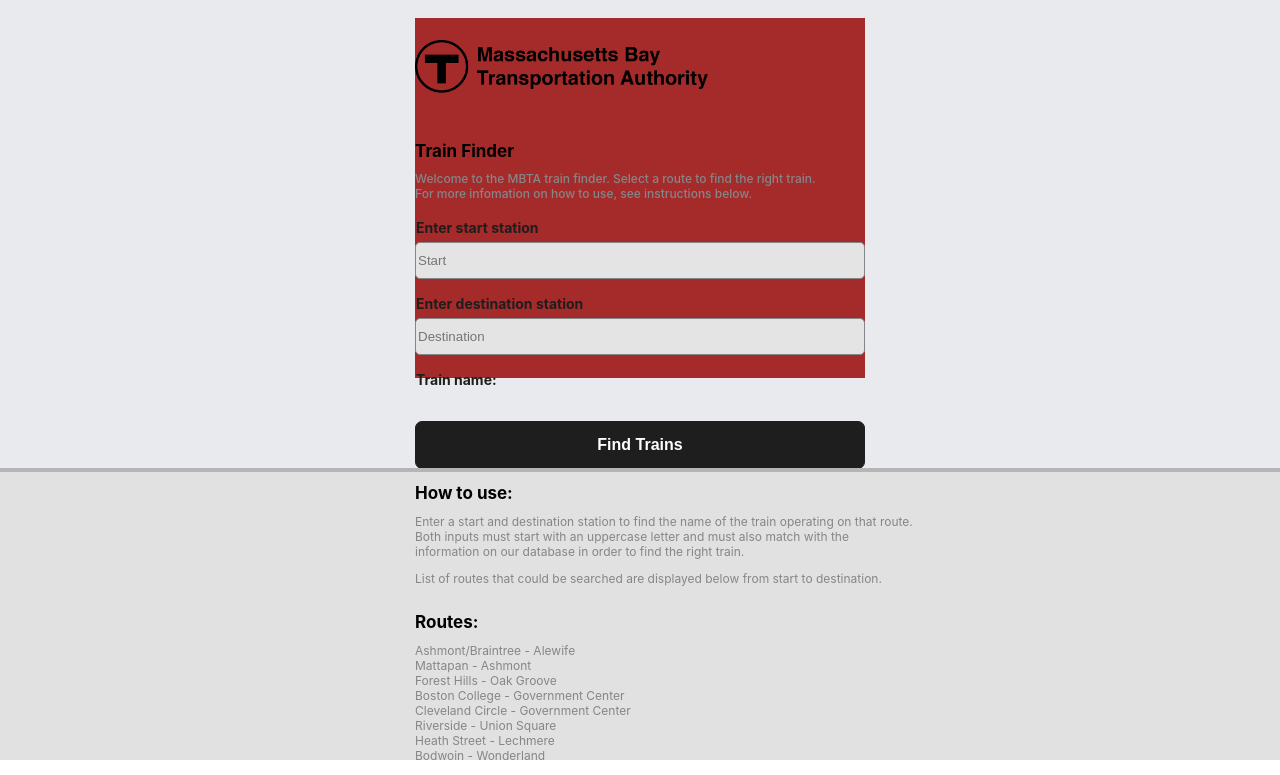
Repository: jumadesigns/mbta-train-finder
Page: / (app in mbta-app/)
The author's editor kept a copy of each file at every save. The page is drawn from the files as they stood at one save, then again after the next save.
The browser window is 1280 px wide. The pictures show the whole page.
The page's requests for data from a server got no answer. The project was rebuilt for these pictures with package versions that can differ from the ones it lists, and the page was loaded fresh each time. No one was signed in, and anything a server would have sent is missing.

Above is the page before, as saved 2022-09-27 00:04:29.

### mbta-app/src/index.css
body {
  margin: 0;
  font-family: -apple-system, BlinkMacSystemFont, "Segoe UI", "Roboto", "Oxygen",
    "Ubuntu", "Cantarell", "Fira Sans", "Droid Sans", "Helvetica Neue",
    sans-serif;
  -webkit-font-smoothing: antialiased;
  -moz-osx-font-smoothing: grayscale;
  height: 100vh;
}

.App {
  text-align: center;
}

.App-logo {
  margin-top: 3vh;
  max-width: 65%;
  max-height: 65%;
  margin-right: 25vh;
}

.header-title {
  text-align: left;
  margin-top: 6vh;
  font-size: 17px;
}

.header-subtitle {
  color: #858689;
  font-size: 12px;
  font-weight: 500;
  text-align: left;
  margin-top: -1vh;
}

.input-div {
  display: flex;
  flex-direction: column;
  justify-content: center;
  align-items: center;
  background-color: #e9eaed;
  height: 65vh;
}

.input-container {
  margin-top: 2vh;
  height: 50vh;
  width: 450px;
  margin-bottom: 12vh;
  background-color: brown;
}

.mbta-input-container {
  display: flex;
  flex-direction: column;
  justify-content: space-between;
  align-items: left;
}

.label-title {
  font-size: 14px;
  color: #1e1e1e;
  text-align: left;
  padding: 1px;
  margin: 5px;
  margin-bottom: 10px;
  margin-left: 0px;
}

.find-train-button {
  height: 48px;
  background-color: #1e1e1e;
  color: white;
  border: 1.5px solid #1e1e1e;
  border-radius: 7px;
}

.button-text {
  text-align: center;
  font-size: 16px;
  margin-top: 13px;
}

.input-bar {
  background: #e4e4e4;
  border: 1.5px solid #858689;
  border-radius: 5px;
  height: 33px;
  margin-bottom: 10px;
  margin-top: -5px;
}

.train-title {
  margin-bottom: 0vh;
}

#train-name {
  font-weight: 700;
  font-size: 20px;
  color: #1e1e1e;
  margin-bottom: 0px;
}

#train-name-not-found {
  font-size: 15px;
  font-weight: 700;
  margin-top: 0vh;
  color: red;
}

#error-message {
  margin-top: 1vh;
  color: red;
  font-size: 15px;
  font-weight: 700;
}

.bottom-container {
  position: absolute;
  bottom: 40;
  width: 100%;
  background-color: #e1e1e1;
  border-top: 4px #b5b5b5 solid;
  height: 40vh;
  display: flex;
  flex-direction: column;
  justify-content: center;
  align-items: center;
}

.bottom-center-div {
  height: 400px;
  width: 450px;
  margin-top: -10px;
  top: 40%;
  position: static;
  /*background-color: blue;*/
}

.bottom-section-title-1 {
  position: absolute;
  font-weight: 700;
  font-size: 17px;
  margin-top: 5vh;
  margin-right: 25vw;
}

.bottom-section-title-2 {
  position: absolute;
  font-weight: 700;
  font-size: 17px;
  margin-top: 2vh;
  margin-right: 25vw;
}

.bottom-section-paragraph-1 {
  font-size: 12px;
  text-align: left;
  color: #858689;
  margin-top: 9.3vh;
  width: 500px;
}

.bottom-section-paragraph-2 {
  font-size: 12px;
  text-align: left;
  color: #858689;
  margin-top: 8vh;
  width: 500px;
}

### mbta-app/src/App.js
import logo from "./logo.png";
import "./index.css";
import Input from "./Input";

/*

  My name is Victor Nite. Thank you for allowing me the opportunity to build this app.
  Although i was required to just complete the steps on the instruction, I went ahead to implement
  some additional functionalities to enhance the the user experience of the app. Here is what i added.

  1. ** Validation Checks **
  Since the name of the stops returned from the API are case sensitive and a user might not know that, I
  implemented validation check to inform the user that the first letter of each word must be case sensitive.
  I also implemented another validation to the check if the stations are not entered correctly.

  2. ** List the stations **
  I also thought a first time user might not know what to search for or how to combine
  the right stations to find a train. So i displayed a list of the stations to aide first time users.

  3. ** Interactive UI **
  I implemented an interactive UI with the official MBTA logo and their style guidelines. I also displayed
  instructions on how to use the app on the UI


  ** ISSUES I HAD **
  I was able to attempt all the steps however, i couldn't make progess with Step 2 simply because all the objects
  with the MBTA trains all returned 2 stops so there was nothing to compare them with.


  I added some comment alongside some of the code for better understanding on my thought process.

*/

function App() {
  return (
    <div className="App">
      <div className="input-div">
        <div className="input-container">
          <header className="App-header">
            <img src={logo} className="App-logo" alt="logo" />
            <h3 className="header-title">Train Finder</h3>
            <p className="header-subtitle">
              Welcome to the MBTA train finder. Select a route to find the right train. <br></br>
              For more infomation on how to use, see instructions below.
            </p>
          </header>

          <Input />
        </div>
      </div>
      <div className="bottom-container">
        <div className="bottom-center-div">
          <h3 className="bottom-section-title-1">How to use:</h3>

          <p className="bottom-section-paragraph-1">
            Enter a start and destination station to find the name of the train
            operating on that route. Both inputs must start with an uppercase
            letter and must also match with the information on our database in
            order to find the right train.
            <p>
              List of routes that could be searched are displayed below from
              start to destination.
            </p>
          </p>

          <h3 className="bottom-section-title-2">Routes:</h3>

          <p className="bottom-section-paragraph-2">
            Ashmont/Braintree - Alewife <br></br>
            Mattapan - Ashmont <br></br>
            Forest Hills - Oak Groove <br></br>
            Boston College - Government Center <br></br>
            Cleveland Circle - Government Center <br></br>
            Riverside - Union Square <br></br>
            Heath Street - Lechmere <br></br>
            Bodwoin - Wonderland <br></br>
          </p>
        </div>
      </div>
    </div>
  );
}

export default App;

### mbta-app/src/Input.js
import "./index.css";
import Axios from "axios";
import React from "react";
import { useEffect, useState } from "react";

/*

  My name is Victor Nite. Thank you for allowing me the opportunity to build this app.
  Although i was required to just complete the steps on the instruction, I went ahead to implement
  some additional functionalities to enhance the the user experience of the app. Here is what i added.

  1. ** Validation Checks **
  Since the name of the stops returned from the API are case sensitive and a user might not know that, I
  implemented validation check to inform the user that the first letter of each word must be case sensitive.
  I also implemented another validation to the check if the stations are not entered correctly.

  2. ** List the stations **
  I also thought a first time user might not know what to search for or how to combine
  the right stations to find a train. So i displayed a list of the stations to aide first time users.

  3. ** Interactive UI **
  I implemented an interactive UI with the official MBTA logo and their style guidelines. I also displayed
  instructions on how to use the app on the UI


  ** ISSUES I HAD **
  I was able to attempt all the steps however, i couldn't make progess with Step 2 simply because all the objects
  with the MBTA trains all returned 2 stops so there was nothing to compare them with.


  I added some comment alongside some of the code for better understanding on my thought process.

*/

function Input() {
  const [responseData, setResponseData] = useState([]);
  const [start, setStart] = useState("");
  const [destination, setDestination] = useState("");
  const [foundTrains, setFoundTrains] = useState("");
  const [errorText, setErrorText] = useState("");
  const [notFound, setNotFound] = useState("");

  //Makes the API call for Step 1 whenever the page loads.
  useEffect(() => {
    getData();
  }, []);

  //Checks on when there is no input.
  useEffect(() => {
    if (start === "" && destination === "") {
      setNotFound("");
      setErrorText("");
      setFoundTrains("");
    }
  }, [start, destination]);

  //Checks for inputs with the wrong answer.
  useEffect(() => {
    if (notFound !== "") {
      setFoundTrains("");
    }
  }, [notFound]);

  //Checks for when wrong answer is deleted.
  useEffect(() => {
    if (start && destination) {
      setNotFound("");
      console.log(start, destination);
    }
  }, [start, destination]);

  const handleStartChange = (event) => {
    const word = event.target.value;

    //Checks for validation to make sure first letter is uppercase. (New Feature)
    if (word.charAt(0) === word.charAt(0).toLowerCase()) {
      setErrorText(
        "*First letter must be Uppercase! Please delete and type again"
      );
    } else if (word.charAt(0) === word.charAt(0).toUpperCase()) {
      setErrorText("");
    }
    setStart(word);
  };

  const handleDestinationChange = (event) => {
    const word = event.target.value;

    //Checks for validation to make sure first letter is uppercase. (New Feature)
    if (word.charAt(0) === word.charAt(0).toLowerCase()) {
      setErrorText(
        "*First letter must be Uppercase! Please delete and type again"
      );
    } else if (word.charAt(0) === word.charAt(0).toUpperCase()) {
      setErrorText("");
    }
    setDestination(word);
  };

  const FindTrains = () => {
    const findTrains = responseData.filter((train) => {
      return (
        train.attributes.direction_destinations.includes(start) &&
        train.attributes.direction_destinations.includes(destination)
      );
    });

    //Checks for when the search returns no data, updates the state to display a message.
    if (findTrains.length > 0) {
      const found = findTrains
        .map((train) => train.attributes.long_name)
        .join("line, ");
      setFoundTrains(found);
    } else {
      setNotFound(
        "*No train was found! Please clear all inputs and search again."
      );
    }
  };

  const getData = () => {
    /*
        Fetch the API. Using the second API link because it returns a more
        filtered list unlike the first one.
    */
    Axios.get("https://api-v3.mbta.com/routes?filter[type]=0,1").then(
      (response) => {
        //Put response in a variable
        const res = response.data;
        //console.log(res.data);

        //Map through the res variable to log to the name of trains to the console as required for Step 1.
        res.data.map((val) => console.log(val.attributes.long_name));

        //Set response to the state
        setResponseData(res.data);
      }
    );
  };

  return (
    <div className="">
      <div className="mbta-input-container">
        <h4 className="label-title">Enter start station</h4>
        <input
          className="input-bar"
          type="text"
          value={start}
          placeholder="Start"
          onChange={(e) => handleStartChange(e)}
        />
        <h4 className="label-title">Enter destination station</h4>
        <input
          className="input-bar"
          type="text"
          value={destination}
          placeholder="Destination"
          onChange={(e) => handleDestinationChange(e)}
        />
        <h4 className="label-title train-title">Train name:</h4>
        <h2 id="train-name">{foundTrains}</h2>
        <p id="train-name-not-found">{notFound}</p>

        <button onClick={FindTrains} className="find-train-button">
          <h3 className="button-text">Find Trains</h3>
        </button>

        <span id="error-message">{errorText}</span>
      </div>
    </div>
  );
}

export default Input;

Loaded but not shown: mbta-app/public/index.html (common file); mbta-app/src/index.js (common file)

After the next save:
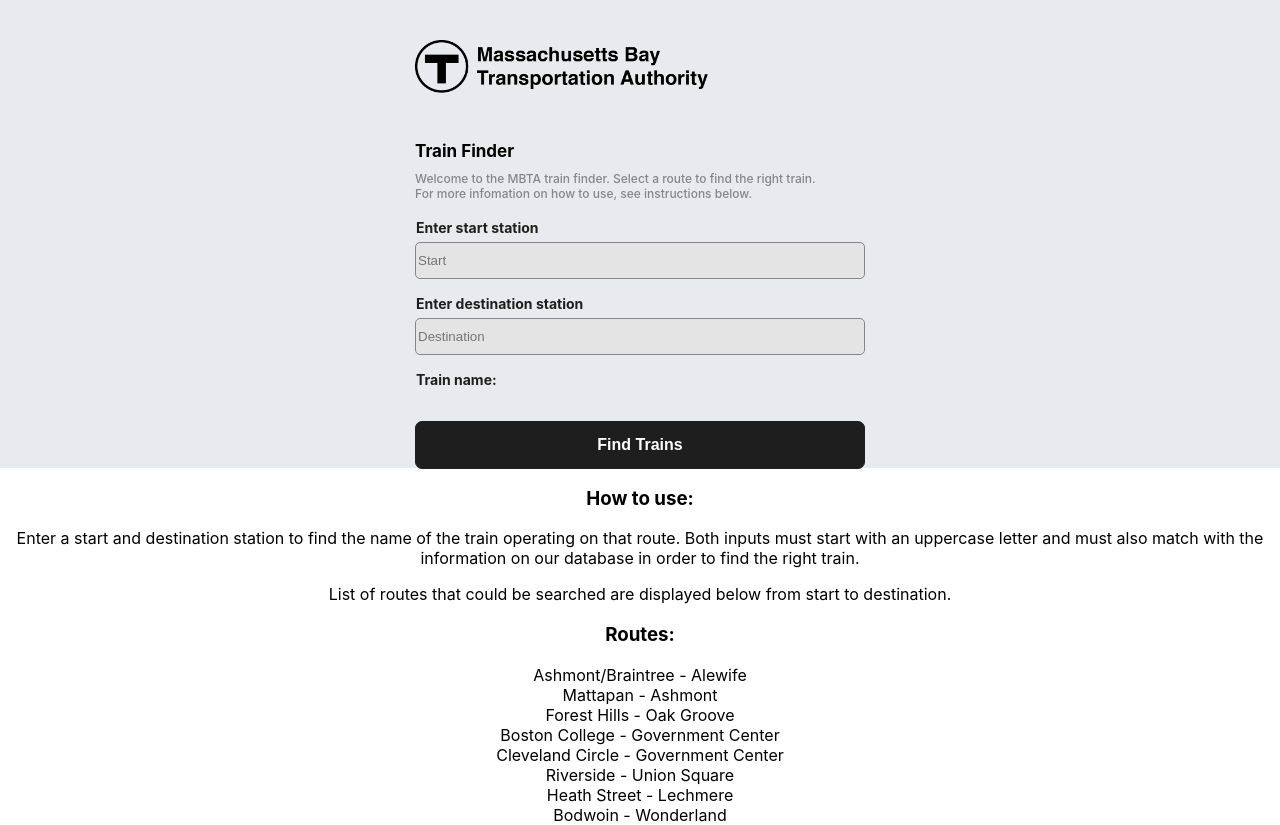
Saved 19 s later.
--- a/mbta-app/src/index.css
+++ b/mbta-app/src/index.css
@@ -47,8 +47,7 @@
   height: 50vh;
   width: 450px;
   margin-bottom: 12vh;
-  background-color: brown;
-}
+
 
 .mbta-input-container {
   display: flex;
